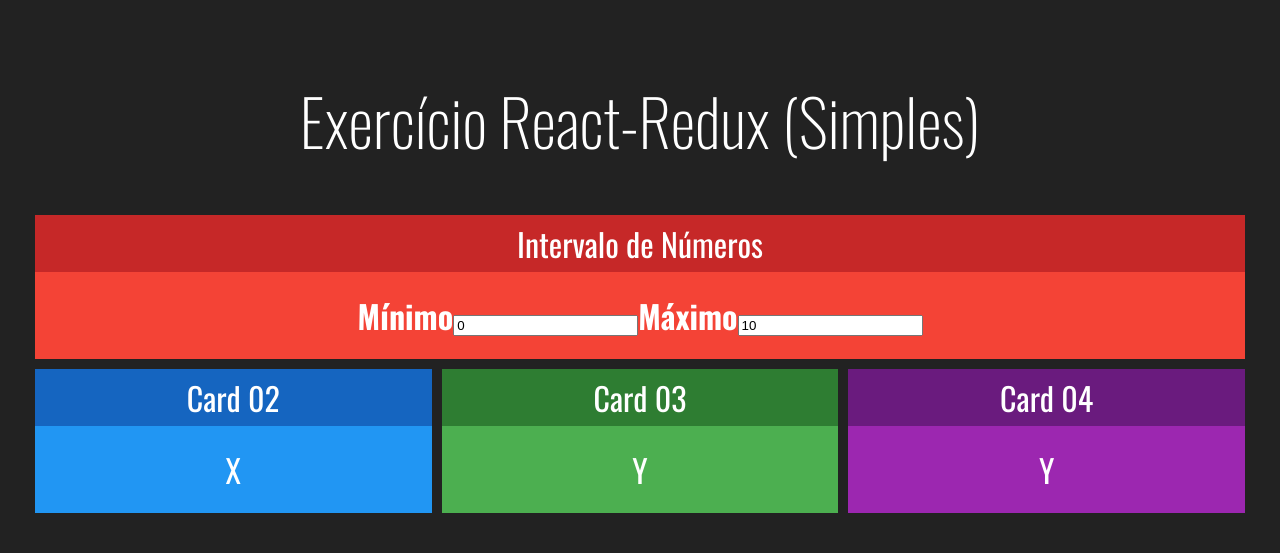
Repository: WellysonP/testando-react-redux
Page: /
These files come from the project's save history. The page is drawn as it stood at one moment and after the next save; the edit follows.
The browser window is 1280 px wide. The pictures show the whole page.
The project was rebuilt for these pictures with package versions that can differ from the ones it lists, and the page was loaded fresh each time.

Above is the page before, as saved 2023-01-12 17:58:55.

After the next save:
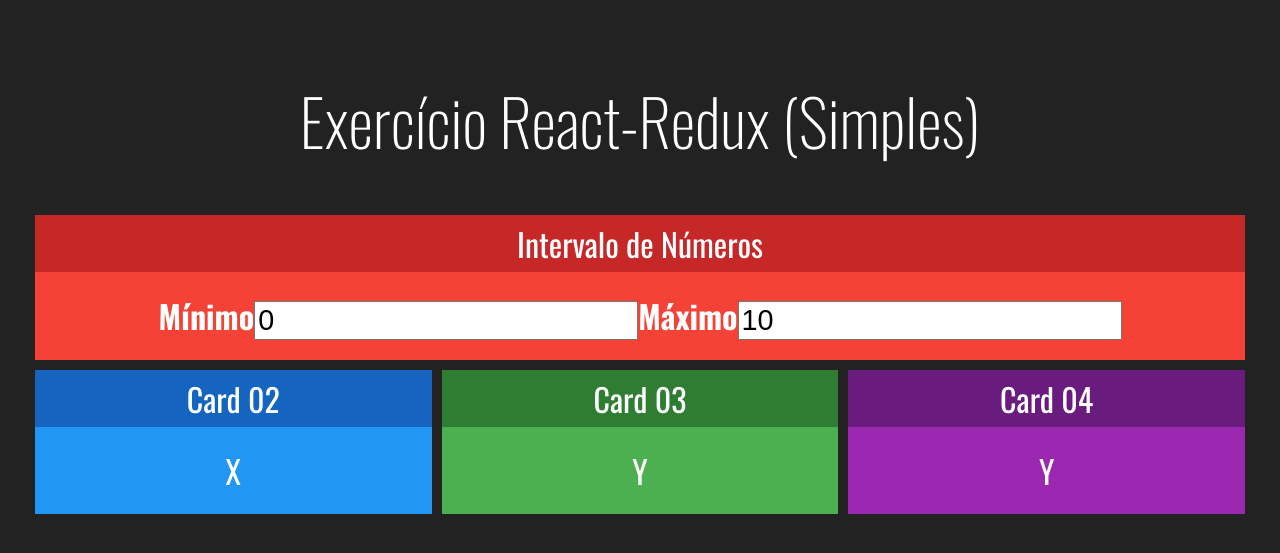
Saved 19 s later.
--- a/src/components/Intervalo.jsx
+++ b/src/components/Intervalo.jsx
@@ -5,7 +5,7 @@ import "./Intervalo.css"
 export default props => {
     return (
         <Card title="Intervalo de Números" red>
-            <div>
+            <div className="Intervalo">
                 <span>
                     <strong>Mínimo</strong>
                     <input type="number" value={0} />
